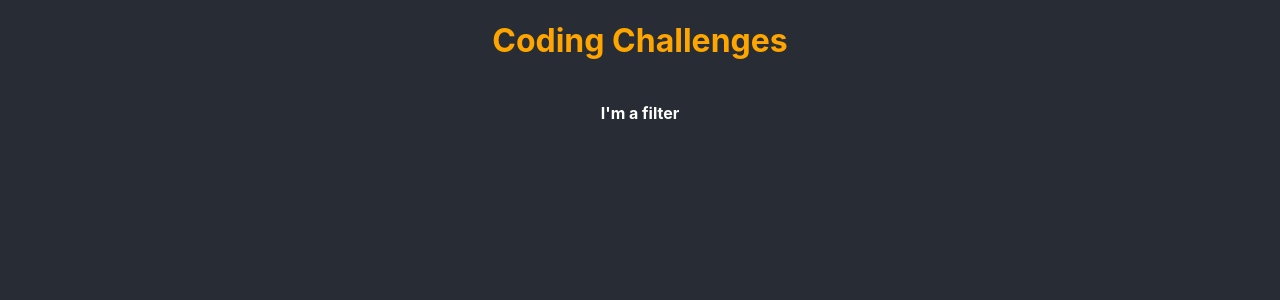
Repository: Valentina-Maraio/coding_challenges
Page: /
These files come from the project's save history. The page is drawn as it stood at one moment and after the next save; the edit follows.
The browser window is 1280 px wide. The pictures show the whole page.
The project was rebuilt for these pictures with package versions that can differ from the ones it lists, and the page was loaded fresh each time.

Above is the page before, as saved 2024-07-05 11:46:54.

After the next save:
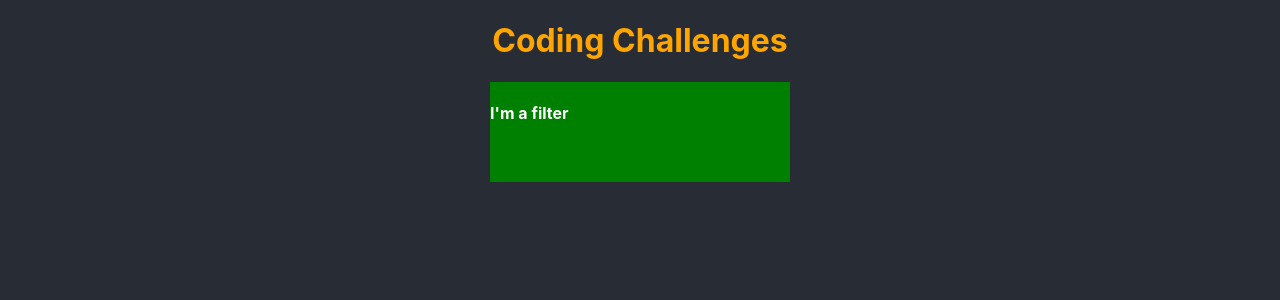
Saved 57 s later.
--- a/src/App.css
+++ b/src/App.css
@@ -12,3 +12,9 @@ body {
 .app_title {
   color: orange;
 }
+
+.filter_container {
+  width: 300px;
+  height: 100px;
+  background-color: green;
+}
